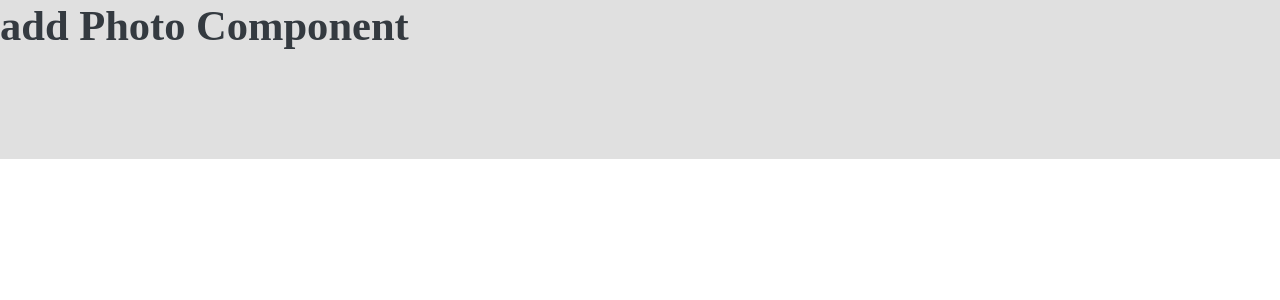
Repository: sadegh1379/PhotoWall-app
Page: /addphoto
The author's editor kept a copy of each file at every save. The page is drawn from the files as they stood at one save, then again after a run of saves.
The browser window is 1280 px wide. The pictures show the whole page.
The project was rebuilt for these pictures with package versions that can differ from the ones it lists, and the page was loaded fresh each time. Also part of the build but not shown: src/Component/Photo.js, src/Component/PhotoWall.js.

Above is the page before, as saved 2020-02-22 13:12:41.

After the next 2 saves:
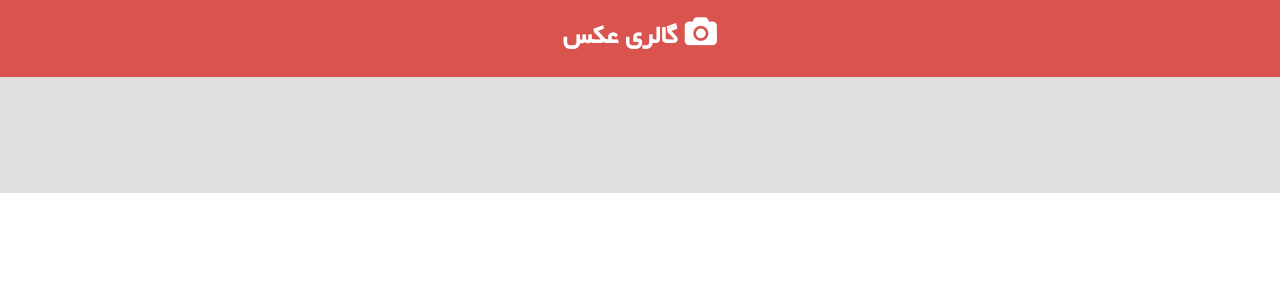
The 2 saves are shown as one change because they came seconds apart.
The last was saved 6 s later.
--- a/src/App.js
+++ b/src/App.js
@@ -65,6 +65,7 @@ class App extends Component {
         <div className="body">
               <Router>
                   <Switch>
+                    <Title title="گالری عکس"/>
                       <Route exact path="/" render={()=>(
                               <div>
                                   <PhotoWall onRemovePost={this.onRemovePost} posts={this.state.posts}/>
